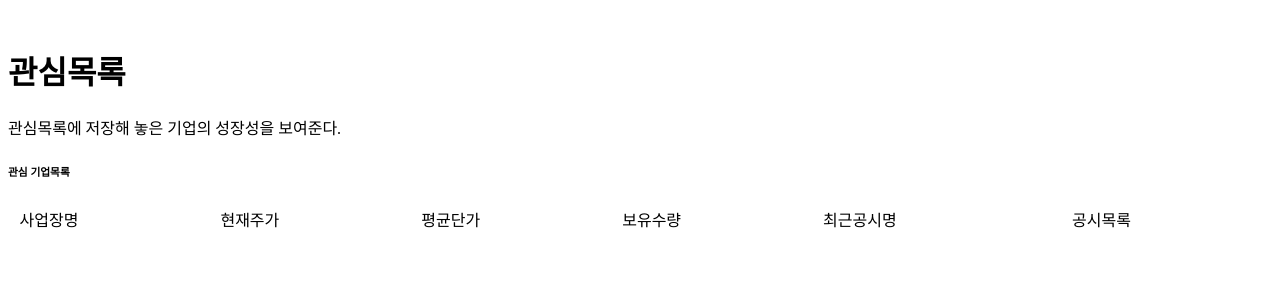
Repository: bangProgram/PJT_Finance
Page: http://localhost/Finance/WEB-INF/views/portfolio/portfolioList.jsp
These files come from the project's save history. The page is drawn as it stood at one moment and after the next save; the edit follows.
The browser window is 1280 px wide. The pictures show the whole page.
The page is served by Tomcat 9. Nobody is signed in. The template is opened directly, without the code that normally fills it, so the values that code supplies are empty.

Above is the page before, as saved 2022-11-04 04:40:11.

After the next save:
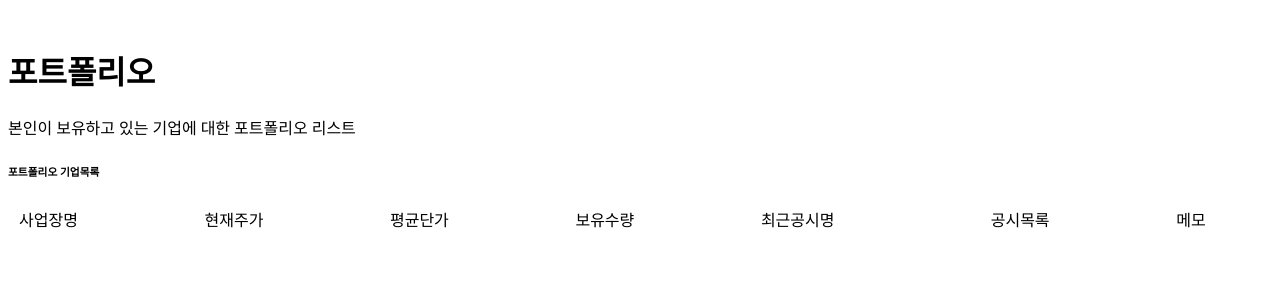
Saved 7 min 2 s later.
--- a/Finance/src/main/webapp/WEB-INF/views/portfolio/portfolioList.jsp
+++ b/Finance/src/main/webapp/WEB-INF/views/portfolio/portfolioList.jsp
@@ -84,19 +84,19 @@
 <div class="container-fluid">
 
 	<!-- Page Heading -->
-	<h1 class="h3 mb-2 text-gray-800">관심목록</h1>
-	<p class="mb-4">관심목록에 저장해 놓은 기업의 성장성을 보여준다.
+	<h1 class="h3 mb-2 text-gray-800">포트폴리오</h1>
+	<p class="mb-4">본인이 보유하고 있는 기업에 대한 포트폴리오 리스트
 		<span id=""></span>
 	</p>
 
 	<!-- DataTales Example -->
     <div class="card shadow mb-4">
         <div class="card-header py-3" id="dataTables">
-            <h6 class="m-0 font-weight-bold text-primary">관심 기업목록</h6>
+            <h6 class="m-0 font-weight-bold text-primary">포트폴리오 기업목록</h6>
         </div>
         <div class="card-body">
             <div class="table-responsive" >
-                <table id="yearReprtList" class="table table-bordered" id="dataTable" width="100%" >
+                <table id="portfolioList" class="table table-bordered" id="dataTable" width="100%" >
                     <thead id="tableHead">
 			            <tr>
 			            	<td></td>
@@ -106,6 +106,7 @@
 							<td>보유수량</td>
 							<td>최근공시명</td>
 							<td>공시목록</td>
+							<td>메모</td>
 						</tr>
 			        </thead>
 			        <tbody id="bodyList">
